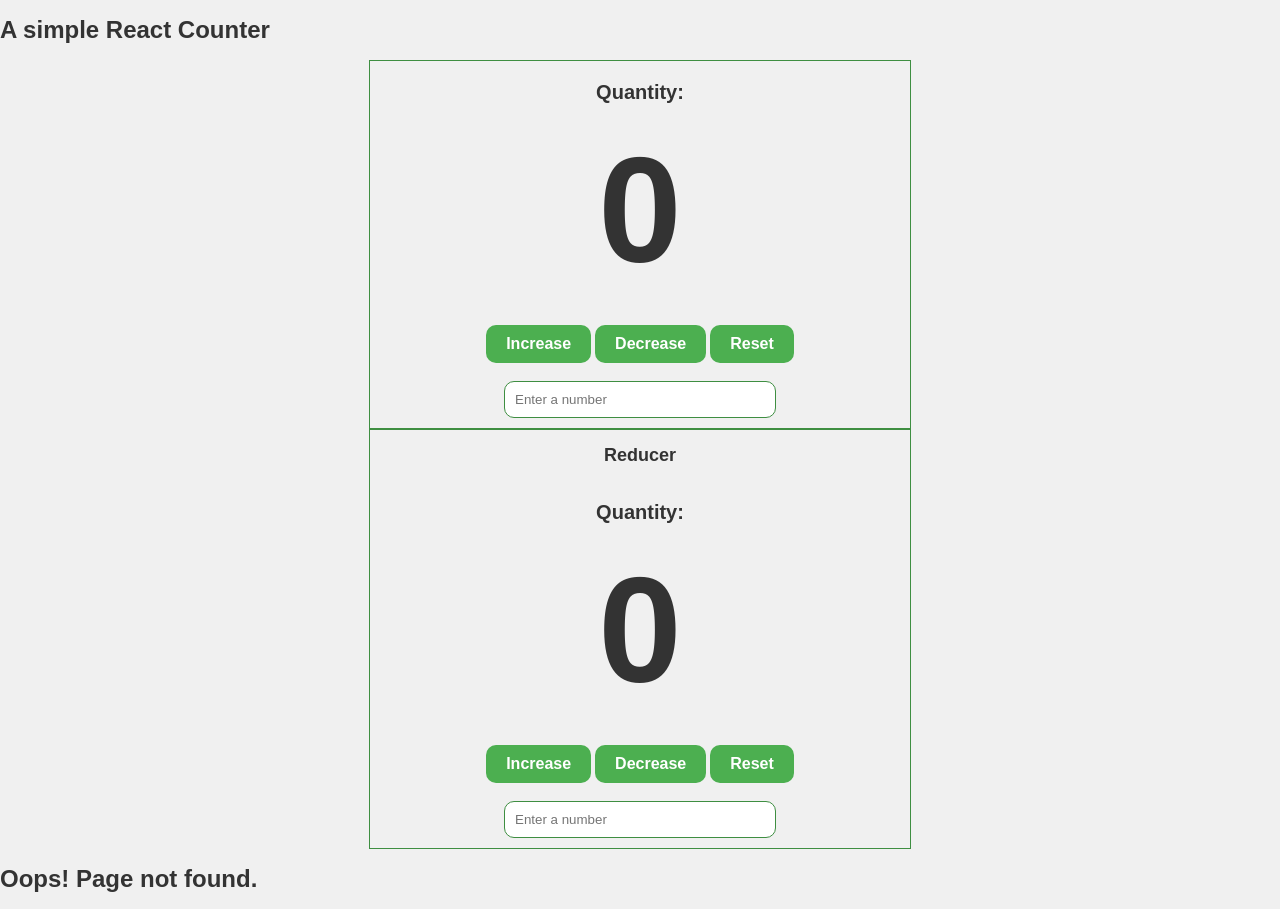
Repository: qudos4real/altschool-second-sem
Page: /
The author's editor kept a copy of each file at every save. The page is drawn from the files as they stood at one save, then again after the next save.
The browser window is 1280 px wide. The pictures show the whole page.
The project was rebuilt for these pictures with package versions that can differ from the ones it lists, and the page was loaded fresh each time. Also part of the build but not shown: src/App.css, src/Components/ErrorBoundary.js.

Above is the page before, as saved 2022-11-04 15:28:31.

After the next save:
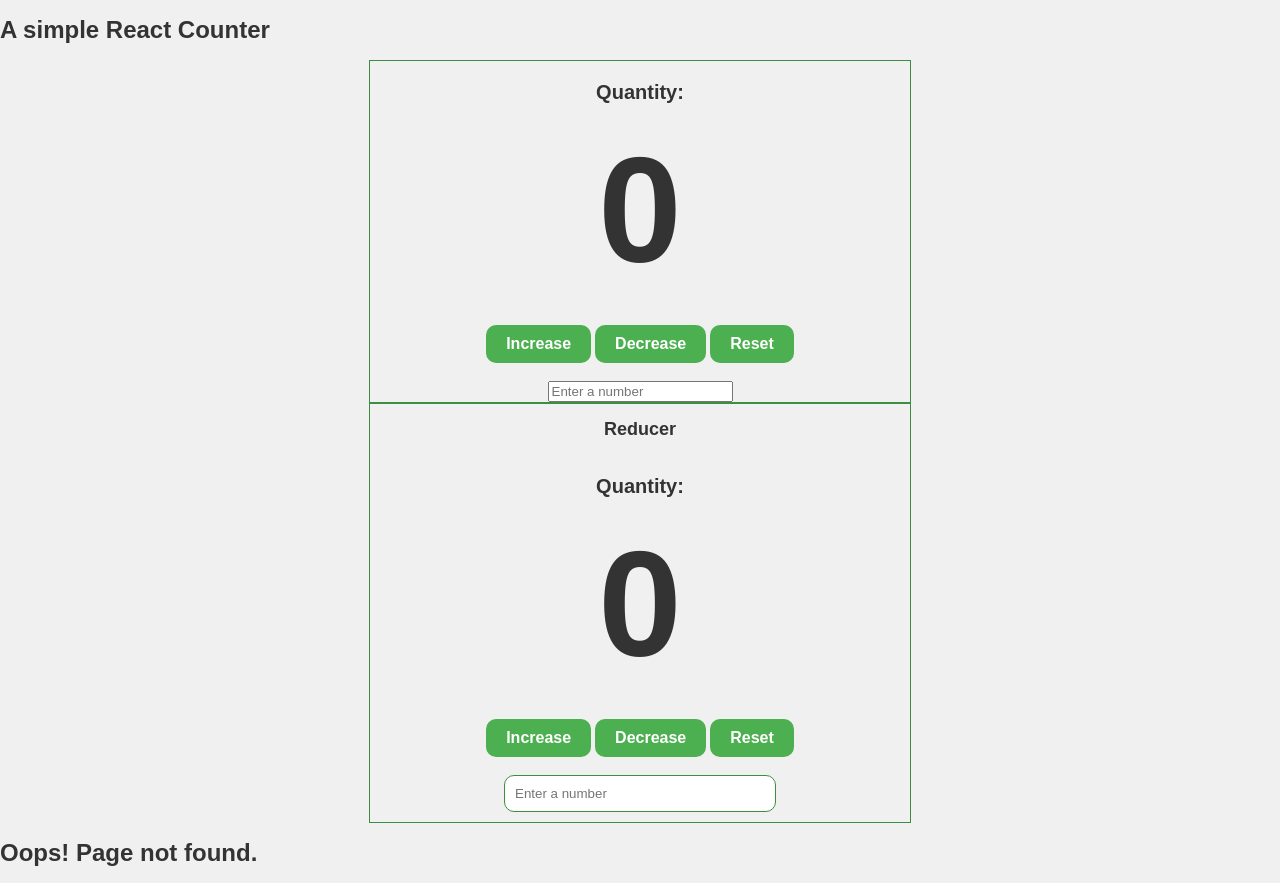
Saved 14 s later.
--- a/src/Components/Counter.js
+++ b/src/Components/Counter.js
@@ -21,7 +21,8 @@
         </button>
       </div>
       <br />
-      <input placeholder="Enter a number" className={quantity.value?"input ":"input error"} type="number" onMouseLeave={quantity.setValue}
+      <input placeholder="Enter a number" className={quantity}
+        type="number"
         onChange={(e) => quantity.setValue(e.target.value)}
       />
     </div>

After the save that followed:
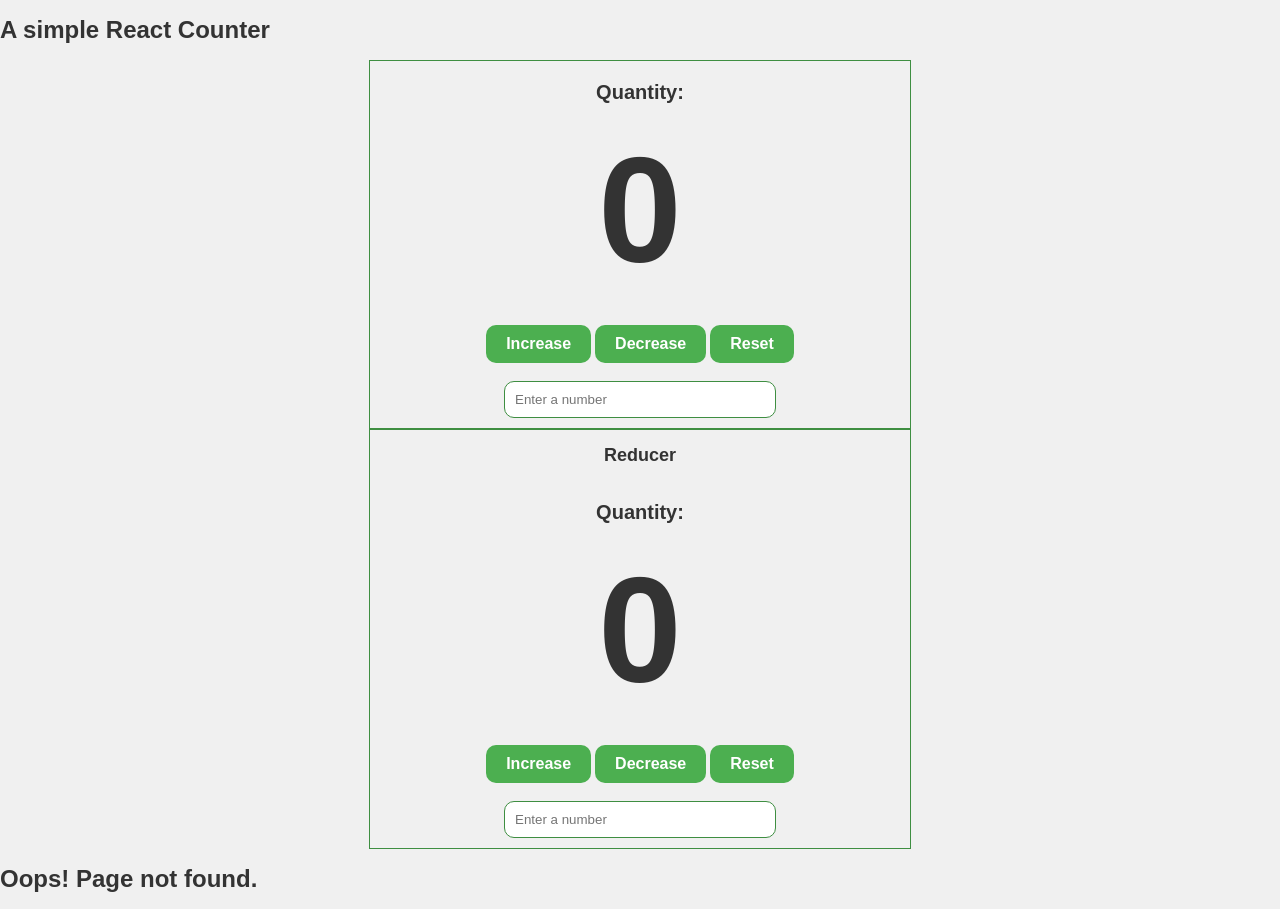
Saved 41 s later.
--- a/src/Components/Counter.js
+++ b/src/Components/Counter.js
@@ -21,10 +21,10 @@
         </button>
       </div>
       <br />
-      <input placeholder="Enter a number" className={quantity}
-        type="number"
+      <input placeholder="Enter a number" className={quantity.value>10? "input red" : "input "} type="number" onMouseLeave={(e) => quantity.setValue(e.target.value)} />
+        {/* type="number"
         onChange={(e) => quantity.setValue(e.target.value)}
-      />
+      /> */}
     </div>
   );
 }
